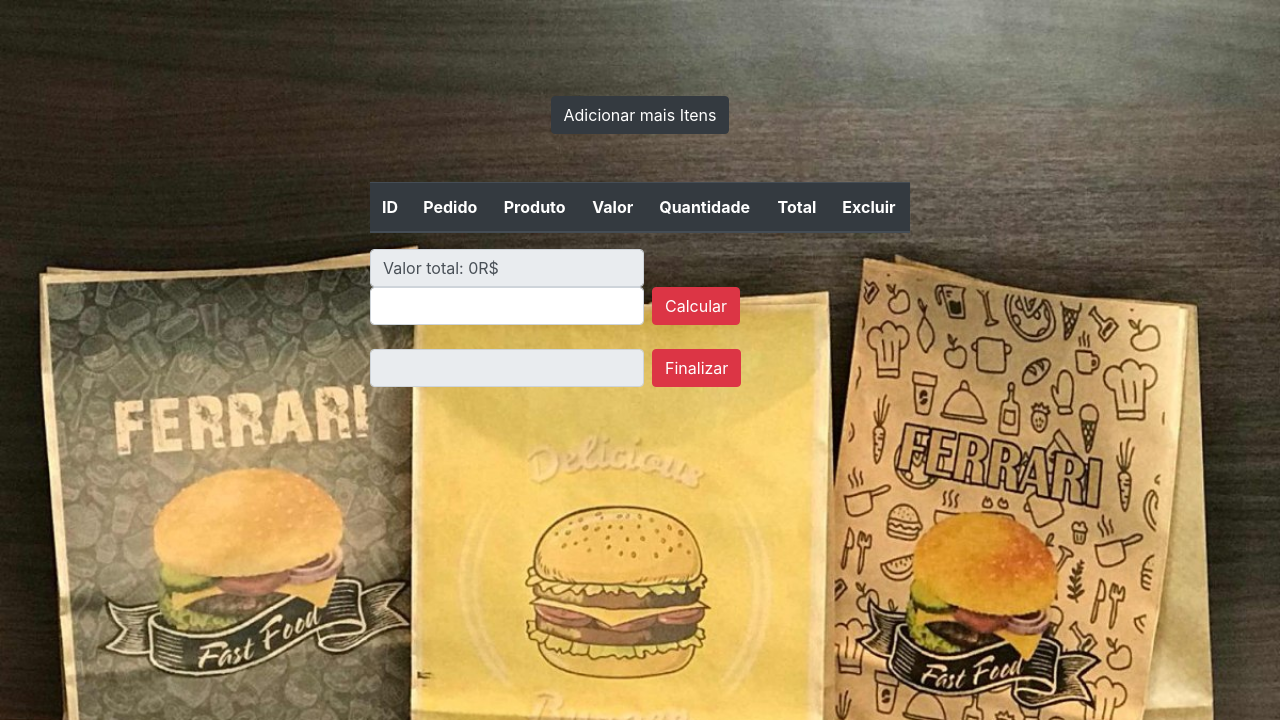
Repository: AnaMassaro/projetoRestaurante
Page: http://localhost/WEBRes/terminoPedido.jsp
An editor plug-in stored every save of this project. The page is shown before and after the next save, followed by the edit.
The browser window is 1280 px wide. The pictures show the whole page.
The page is served by Tomcat 9. Queries for data that is not in the repository find no rows.

Above is the page before, as saved 2019-12-17 03:58:21.
Console error: TypeError: Cannot read properties of undefined (reading 'fn')
Not found: WEBRes/WEBRes/style.css

After the next save:
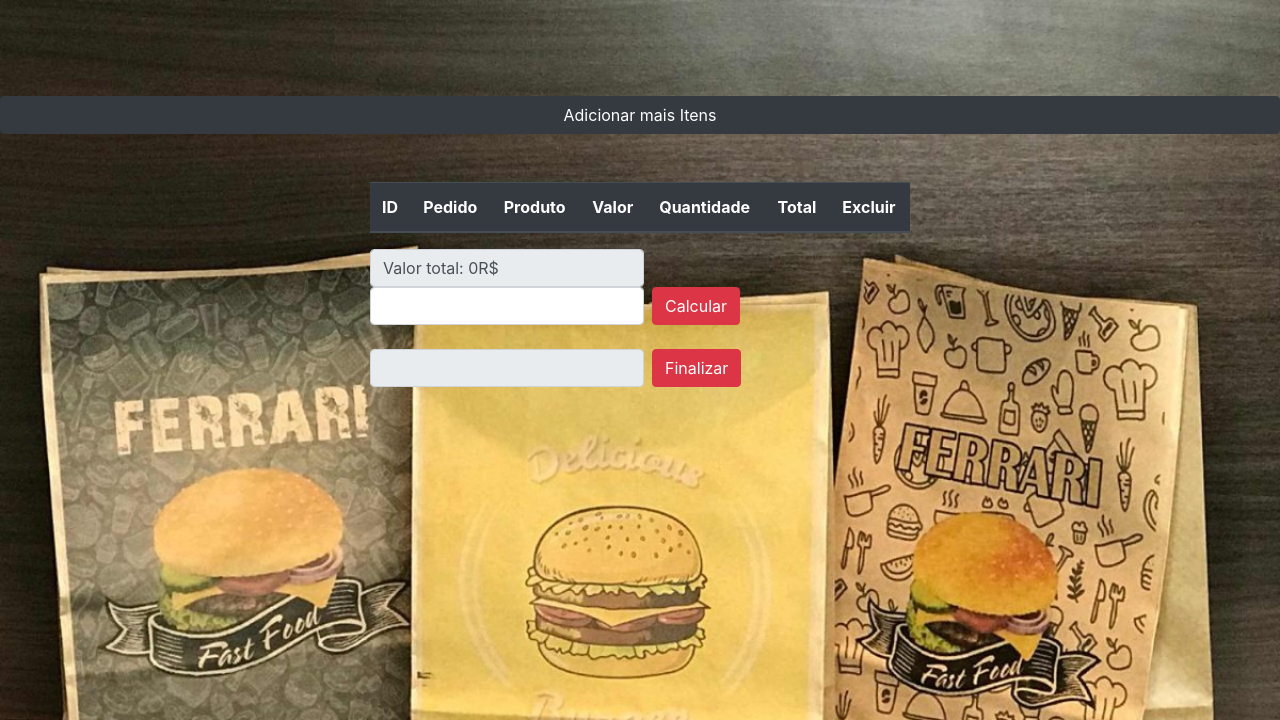
Saved 11 s later.
--- a/WEBRes/WebContent/terminoPedido.jsp
+++ b/WEBRes/WebContent/terminoPedido.jsp
@@ -40,7 +40,7 @@
 <body>
      <br><br><br><br>
      <center>
-     <a href="cardapio.jsp"><button class="btn btn-dark">Adicionar mais Itens</button></a>
+     <a href="cardapio.jsp"><button class="btn btn-block btn-dark">Adicionar mais Itens</button></a>
      </center>
 
     <div class="container mt-5">
